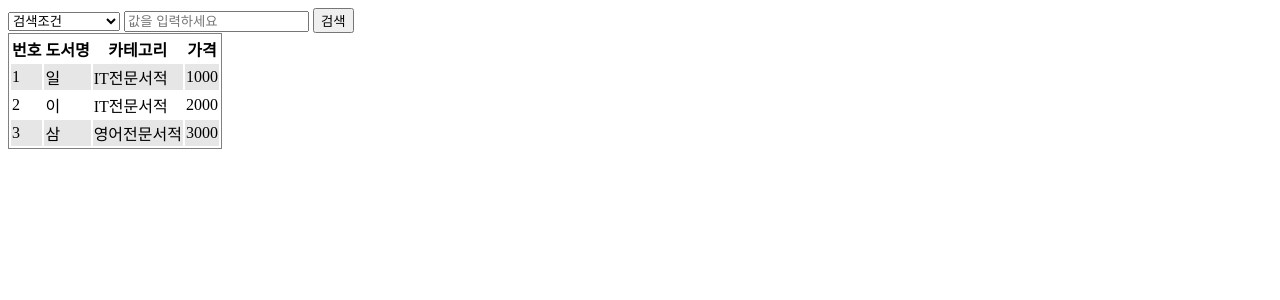
Repository: phoresis92/KITRI_JSP
Page: http://localhost/eljstl2/product.do
The author's editor kept a copy of each file at every save. The page is drawn from the files as they stood at one save, then again after the next save.
The browser window is 1280 px wide. The pictures show the whole page.
The page is served by Tomcat 9. Other server files are loaded and not shown.

Above is the page before, as saved 2018-12-20 07:34:56.

### JSP_workspace/eljstl2/WebContent/productlistresult.jsp
<%@ page import="dto.Product"%>
<%@ page import="java.util.ArrayList"%>
<%@ page language="java" contentType="text/html; charset=UTF-8"
	pageEncoding="UTF-8"%>
<%@ taglib prefix="c" uri="http://java.sun.com/jsp/jstl/core"%>
<!DOCTYPE html>
<html>
<head>
<meta charset="UTF-8">
<title>Insert title here</title>

<style type="text/css">

	table tr:nth-child(2n){
	background-color: #e6e6e6
	}
	table tr:hover{font-weight: bold;}

</style>

</head>
<body>

	<%-- 	<%
		ArrayList<Product> list = (ArrayList<Product>) request.getAttribute("PROD");
		Product p1 = list.get(0);
		Product p2 = list.get(1);
		Product p3 = list.get(2);
	%>

	<table style="border: 1px solid gray;">
		<tr>
			<th>번호</th>
			<th>도서명</th>
			<th>카테고리</th>
			<th>가격</th>
		</tr>
		<%
			for (Product p : list) {
		%>
		<tr>
			<td><%=p.getProd_no()%></td>
			<td><%=p.getProd_name()%></td>
			<td><%=p.getProd_cate()%></td>
			<td><%=p.getProd_price()%></td>
		</tr>
		<%
			}
		%>

	</table> --%>

	<div>
		<select>
			<option selected="selected">검색조건</option>
			<option value="number">번호로 검색</option>
			<option value="name">도서명으로 검색</option>
		</select>
		<input type="search" placeholder="값을 입력하세요"/>
		<button name=>검색</button>
	</div>
	<c:set var="list" value="${ requestScope.PROD }" />
	<table style="border: 1px solid gray;">
		<tr>
			<th>번호</th>
			<th>도서명</th>
			<th>카테고리</th>
			<th>가격</th>
		</tr>

		<c:forEach items="${ list }" var="prod" varStatus="status">
			<tr>
				<td>${prod.prod_no}</td>
				<td>${prod.prod_name}</td>
				<td>${prod.prod_cate.cate_name}</td>
				<td>${prod.prod_price}</td>
			</tr>
		</c:forEach>

	</table>



</body>
</html>

### JSP_workspace/eljstl2/src/control/ProductListServlet.java
package control;

import java.io.IOException;
import java.util.ArrayList;
import java.util.List;

import javax.servlet.RequestDispatcher;
import javax.servlet.ServletException;
import javax.servlet.annotation.WebServlet;
import javax.servlet.http.HttpServlet;
import javax.servlet.http.HttpServletRequest;
import javax.servlet.http.HttpServletResponse;

import dto.Category;
import dto.Product;

@WebServlet("/product.do")
public class ProductListServlet extends HttpServlet {
	private static final long serialVersionUID = -5727566417040289456L;

	@Override
	protected void doGet(HttpServletRequest req, HttpServletResponse resp) throws ServletException, IOException {

		List<Product> list = new ArrayList<>();

		Category cate = new Category("it", "IT전문서적");

		Product p1 = new Product("1", "일", cate, 1000);
		list.add(p1);
		Product p2 = new Product("2", "이", cate, 2000);
		list.add(p2);

		Category cate1 = new Category("en", "영어전문서적");
		Product p3 = new Product("3","삼", cate1, 3000);
		list.add(p3);

		req.setAttribute("PROD", list);
		String path = "/productlistresult.jsp";
		RequestDispatcher rd = req.getRequestDispatcher(path);
		rd.forward(req, resp);
	}



}

### JSP_workspace/eljstl2/src/dto/Category.java
package dto;

public class Category {

	private String cate_no;
	private String cate_name;

	public Category() {
		super();
	}

	public Category(String cate_no, String cate_name) {
		super();
		this.cate_no = cate_no;
		this.cate_name = cate_name;
	}



	@Override
	public String toString() {
		return cate_name;
	}

	public String getCate_no() {
		return cate_no;
	}
	public void setCate_no(String cate_no) {
		this.cate_no = cate_no;
	}
	public String getCate_name() {
		return cate_name;
	}
	public void setCate_name(String cate_name) {
		this.cate_name = cate_name;
	}

}

### JSP_workspace/eljstl2/src/dto/Product.java
package dto;

public class Product {

	private String prod_no;
	private String prod_name;
	private Category prod_cate;
	private int prod_price;



	@Override
	public String toString() {
		return "Product [prod_no=" + prod_no + ", prod_name=" + prod_name + ", prod_cate=" + prod_cate + ", prod_price="
				+ prod_price + "]";
	}

	public Product(String prod_no, String prod_name, Category prod_cate, int prod_price) {
		super();
		this.prod_no = prod_no;
		this.prod_name = prod_name;
		this.prod_cate = prod_cate;
		this.prod_price = prod_price;
	}

	public Product() {
		super();
	}

	public String getProd_no() {
		return prod_no;
	}
	public void setProd_no(String prod_no) {
		this.prod_no = prod_no;
	}
	public String getProd_name() {
		return prod_name;
	}
	public void setProd_name(String prod_name) {
		this.prod_name = prod_name;
	}
	public Category getProd_cate() {
		return prod_cate;
	}
	public void setProd_cate(Category prod_cate) {
		this.prod_cate = prod_cate;
	}
	public int getProd_price() {
		return prod_price;
	}
	public void setProd_price(int prod_price) {
		this.prod_price = prod_price;
	}

}

After the next save:
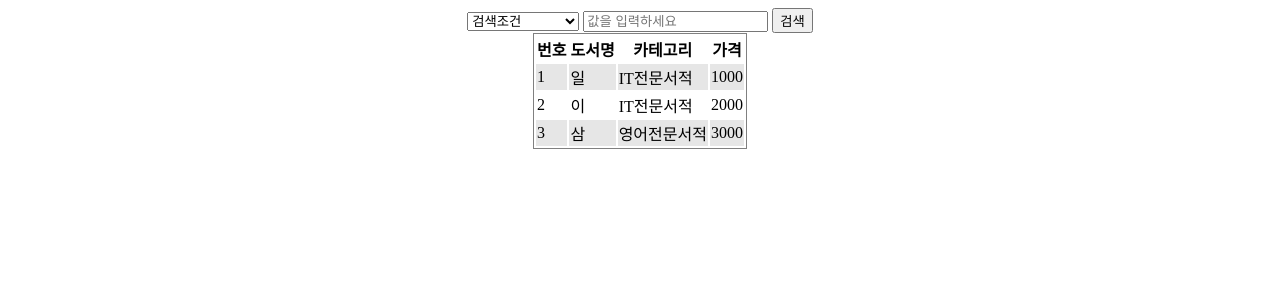
Saved 36 s later.
--- a/JSP_workspace/eljstl2/WebContent/productlistresult.jsp
+++ b/JSP_workspace/eljstl2/WebContent/productlistresult.jsp
@@ -49,7 +49,7 @@
 		%>
 
 	</table> --%>
-
+<div align="center">
 	<div>
 		<select>
 			<option selected="selected">검색조건</option>
@@ -78,7 +78,7 @@
 		</c:forEach>
 
 	</table>
-
+	</div>
 
 
 </body>

After the 2 saves that followed:
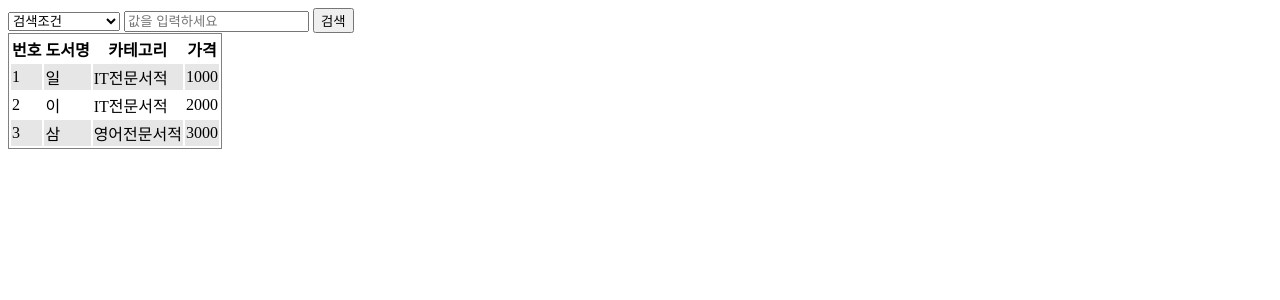
The 2 saves are shown as one change because 1 left the picture as it was.
The last was saved 8 min 30 s later.
--- a/JSP_workspace/eljstl2/WebContent/productlistresult.jsp
+++ b/JSP_workspace/eljstl2/WebContent/productlistresult.jsp
@@ -49,15 +49,26 @@
 		%>
 
 	</table> --%>
-<div align="center">
+	<script src="https://ajax.googleapis.com/ajax/libs/jquery/3.3.1/jquery.min.js"></script>
+	<script type="text/javascript">
+		/* $(document).ready(function(){}); */
+		/* $(function(){}); */
+		function init(){
+			$("div>form>button")
+		}
+		$(init);
+	</script>
+
 	<div>
+		<form action="">
 		<select>
 			<option selected="selected">검색조건</option>
 			<option value="number">번호로 검색</option>
 			<option value="name">도서명으로 검색</option>
 		</select>
 		<input type="search" placeholder="값을 입력하세요"/>
-		<button name=>검색</button>
+		<button>검색</button>
+		</form>
 	</div>
 	<c:set var="list" value="${ requestScope.PROD }" />
 	<table style="border: 1px solid gray;">
@@ -78,7 +89,6 @@
 		</c:forEach>
 
 	</table>
-	</div>
 
 
 </body>
